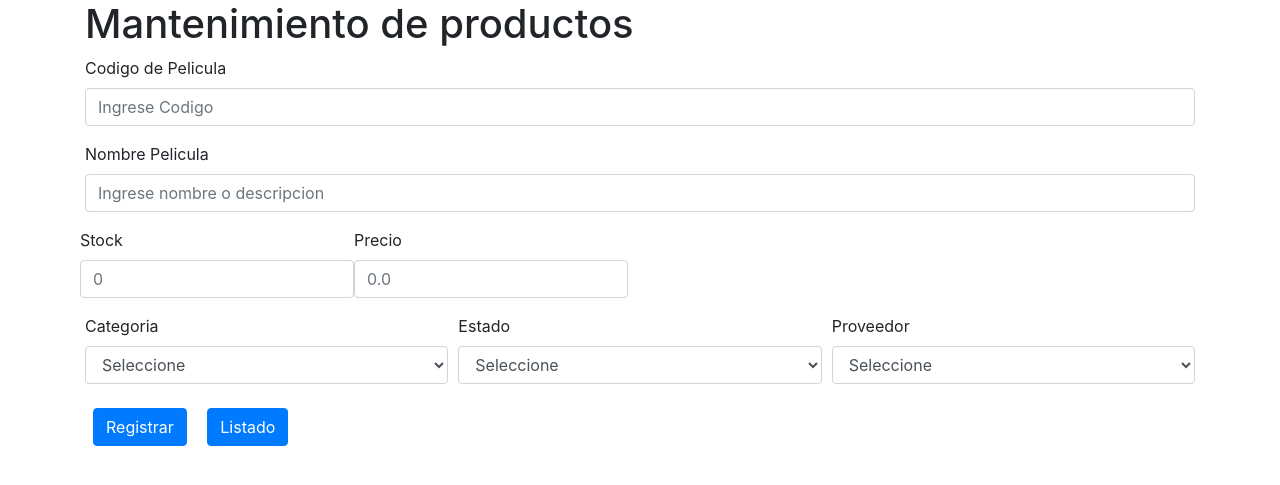
Repository: Adrianzzziny/DAWI_CL2_EscobarAdrian
Page: http://localhost/listado
These files come from the project's save history. The page is drawn as it stood at one moment and after the next save; the edit follows.
The browser window is 1280 px wide. The pictures show the whole page.
Some web libraries are served in a nearby version. The page is this project's Thymeleaf template; nobody is signed in. The template is opened directly, without the code that normally fills it, so the values that code supplies are empty.

Above is the page before, as saved 2022-05-26 06:00:07.

After the next save:
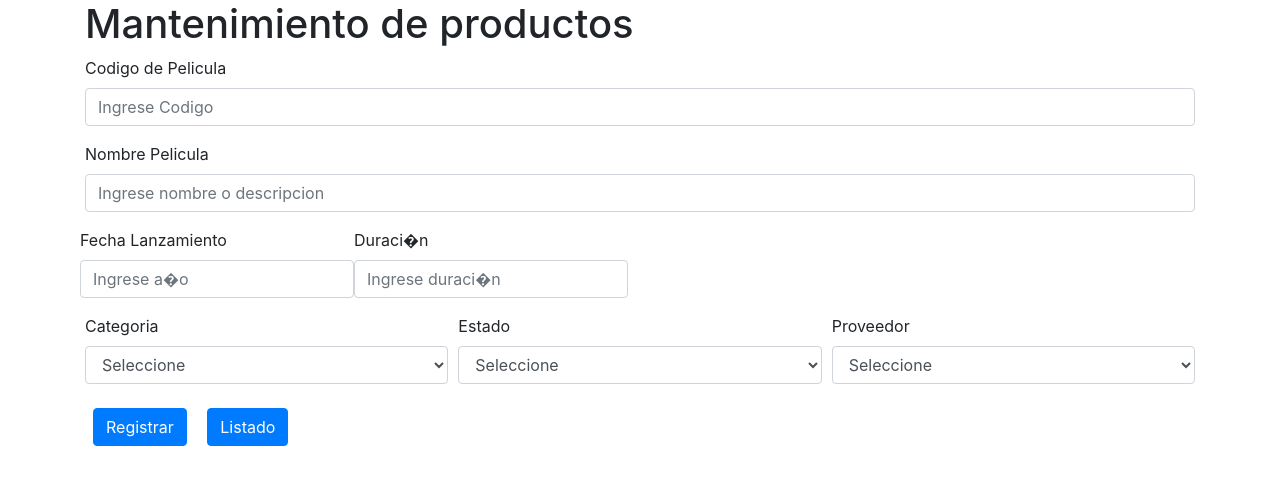
Saved 4 min 24 s later.
--- a/DAWI_CL2_EscobarRodriguezAdrian/src/main/resources/templates/listado.html
+++ b/DAWI_CL2_EscobarRodriguezAdrian/src/main/resources/templates/listado.html
@@ -39,21 +39,17 @@
 
 		<div class="form-group">
 
-		<label for="inputAddress2">Stock</label> <input type="number"
+			<label for="inputAddress">Fecha Lanzamiento</label> <input type="text"
 
-				class="form-control" id="inputAddress2"
-
-				placeholder="0">
+				class="form-control" id="inputAddress" placeholder="Ingrese año">
 
 		</div>
 
 		<div class="form-group">
 
-		<label for="inputAddress2">Precio</label> <input type="text"
+			<label for="inputAddress">Duración</label> <input type="text"
 
-				class="form-control" id="0.0"
-
-				placeholder="0.0">
+				class="form-control" id="inputAddress" placeholder="Ingrese duración">
 
 		</div>
 
